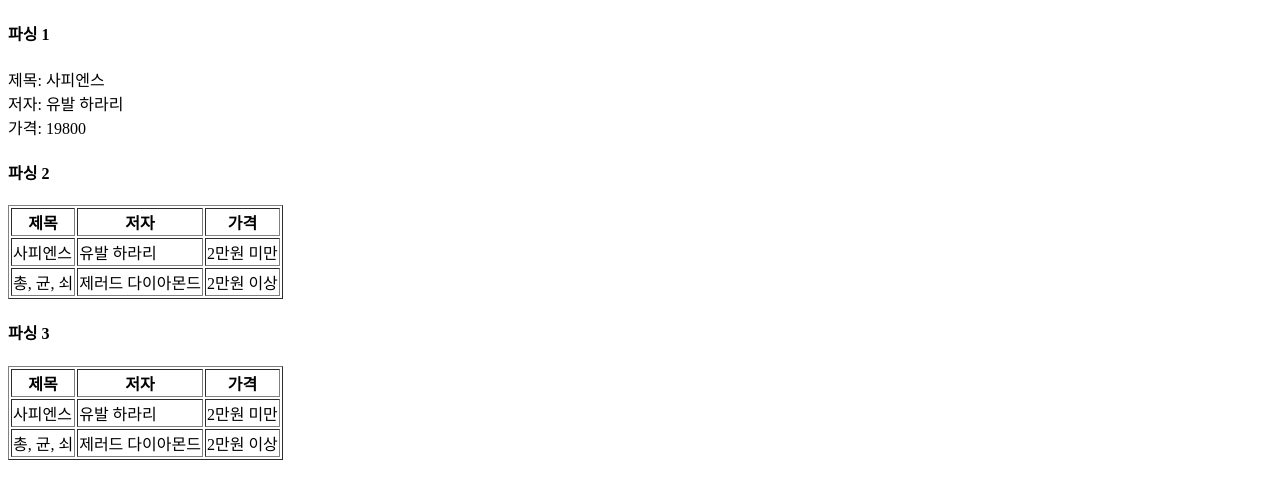
Repository: Motibidu/JSP_Servlet
Page: http://localhost/MushHaveJsp/11JSTL/etc/Xml.jsp
The author's editor kept a copy of each file at every save. The page is drawn from the files as they stood at one save, then again after the next save.
The browser window is 1280 px wide. The pictures show the whole page.
The page is served by Tomcat 10. Other server files are loaded and not shown.

Above is the page before, as saved 2025-05-13 07:41:23.

### MushHaveJsp/src/main/webapp/11JSTL/etc/Xml.jsp
<%@ page language="java" contentType="text/html; charset=UTF-8" pageEncoding="UTF-8"%>

<%@ taglib prefix="c" uri="jakarta.tags.core"%>
<%@ taglib prefix="x" uri="jakarta.tags.xml"%>
<!DOCTYPE html>
<html>
<head>
<meta charset="UTF-8">
<title>JSTL- xml</title>
</head>
<body>
	<c:set var="booklist">
		<c:import url="../inc/BookList.xml" var="booklist" charEncoding="UTF-8" />
	</c:set>
	<x:parse xml= "${ booklist }" var="blist"/>

	<h4>파싱 1</h4>
	제목: <x:out select= "$blist/booklist/book[1]/name"/><br/>
	저자: <x:out select= "$blist/booklist/book[1]/author"/><br/>
	가격: <x:out select= "$blist/booklist/book[1]/price"/><br/>

	<h4>파싱 2</h4>
	<table border= "1">
		<tr>
			<th>제목</th><th>저자</th><th>가격</th>
		</tr>
		<x:forEach select="$blist/booklist/book" var= "item">
		<tr>
			<td><x:out select="$item/name"/></td>
			<td><x:out select="$item/author"/></td>
			<td>
				<x:choose>
					<x:when select= "$item/price>= 20000">
						2만원 이상<br/>
					</x:when>
					<x:otherwise>
						2만원 미만<br/>
					</x:otherwise>
				</x:choose>
		</tr>
		</x:forEach>
	</table>

	<h4>파싱 3</h4>
	<table border= "1">
		<tr>
			<th>제목</th><th>저자</th><th>가격</th>
		</tr>
		<x:forEach select="$blist/booklist/book" var= "item">
		<tr>
			<td><x:out select="$item/name"/></td>
			<td><x:out select="$item/author"/></td>
			<td>
				<x:choose>
					<x:when select= "$item/price>= 20000">
						2만원 이상<br/>
					</x:when>
					<x:otherwise>
						2만원 미만<br/>
					</x:otherwise>
				</x:choose>
		</tr>
		</x:forEach>
	</table>
</body>
</html>

### MushHaveJsp/src/main/webapp/11JSTL/inc/BookList.xml
<?xml version="1.0" encoding="UTF-8"?>
<booklist>
	<book>
		<name>사피엔스</name>
		<author>유발 하라리</author>
		<price>19800</price>
	</book>
	<book>
		<name>총, 균, 쇠</name>
		<author>제러드 다이아몬드</author>
		<price>25200</price>
	</book>
</booklist>

After the next save:
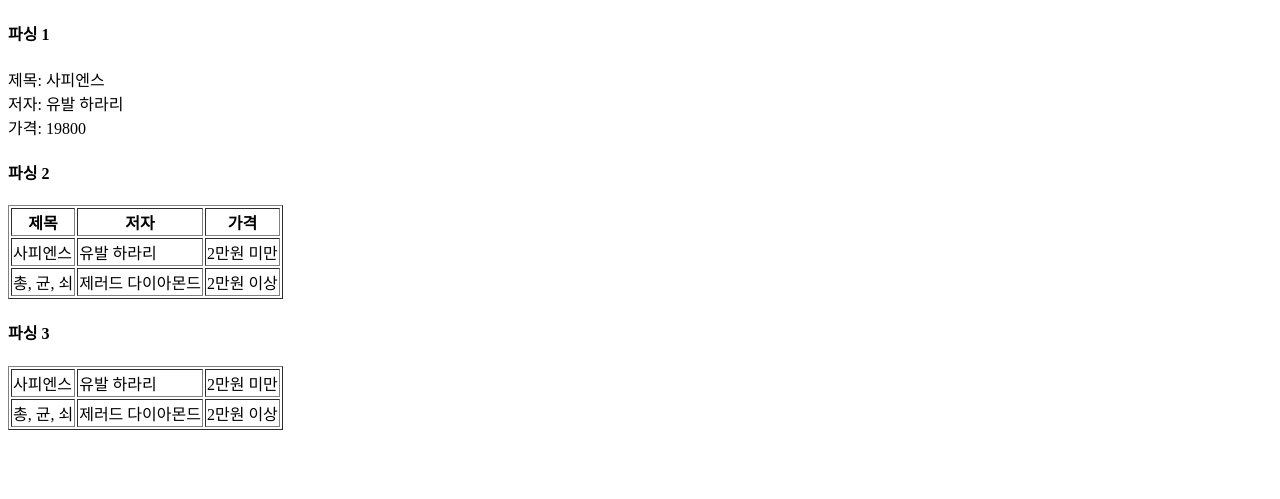
Saved 6 s later.
--- a/MushHaveJsp/src/main/webapp/11JSTL/etc/Xml.jsp
+++ b/MushHaveJsp/src/main/webapp/11JSTL/etc/Xml.jsp
@@ -43,9 +43,6 @@
 
 	<h4>파싱 3</h4>
 	<table border= "1">
-		<tr>
-			<th>제목</th><th>저자</th><th>가격</th>
-		</tr>
 		<x:forEach select="$blist/booklist/book" var= "item">
 		<tr>
 			<td><x:out select="$item/name"/></td>
